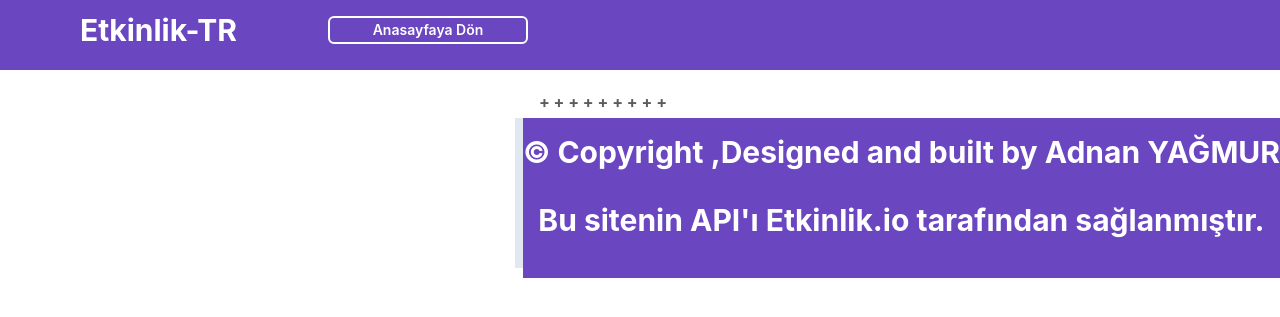
Repository: adnanyagmur/EtsTur-FrontEnd-Hiring-Challange
Page: /detailPage
These files come from the project's save history. The page is drawn as it stood at one moment and after the next save; the edit follows.
The browser window is 1280 px wide. The pictures show the whole page.
The project was rebuilt for these pictures with package versions that can differ from the ones it lists, and the page was loaded fresh each time. Also part of the build but not shown: src/index.css, src/components/eventList/EventList.jsx, src/components/hompage/HomePage.jsx, src/pastApi/json.js, src/components/pastEventList/PastList.jsx.

Above is the page before, as saved 2022-06-21 21:50:21.

After the next save:
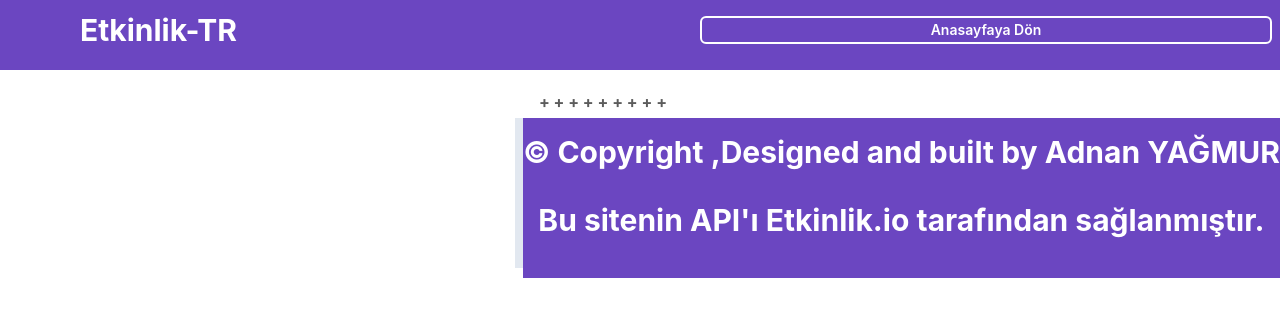
Saved 14 s later.
--- a/src/components/detailPage/DetailPage.jsx
+++ b/src/components/detailPage/DetailPage.jsx
@@ -44,7 +44,7 @@ const DetailPage= ()=> {
           fontWeight='bold'
         >
           <GridItem pt='2' pl='80px' bg='purple.600' color='white' area={'header'}>
-            <SimpleGrid columns={[null, 5]} spacing='40px'>
+            <SimpleGrid columns={[null, 2]} spacing='40px'>
               <Text as='span' fontSize='3xl' >Etkinlik-TR</Text>
 
               <Button bg='purple.600' mr='2' h='1.75rem' size='sm' mt="2" border='2px' borderColor='white' onClick={handleClick} >
